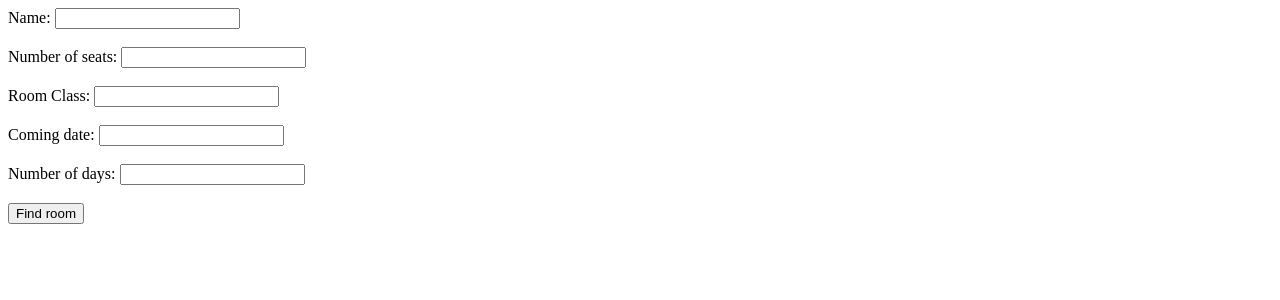
Repository: milosh-alexandr-by/ItAcademyJavaDeveloper
Page: http://localhost/HotelRequestSystem/Administrator.jsp
The author's editor kept a copy of each file at every save. The page is drawn from the files as they stood at one save, then again after the next save.
The browser window is 1280 px wide. The pictures show the whole page.
The page is served by Tomcat 9. Other server files are loaded and not shown.

Above is the page before, as saved 2015-12-10 18:54:29.

### Project_WEB/HotelRequestSystem/WebContent/Administrator.jsp
<%@ page language="java" contentType="text/html; charset=UTF-8"
    pageEncoding="UTF-8"%>
<!DOCTYPE html PUBLIC "-//W3C//DTD HTML 4.01 Transitional//EN" "http://www.w3.org/TR/html4/loose.dtd">
<html>
<head>
<meta http-equiv="Content-Type" content="text/html; charset=UTF-8">
<title>Insert title here</title>
</head>
<body>

	<form action="HotelRequestSystem" method="GET">
		Name: <input type="text" name="Name" /> <br/><br/>
		Number of seats: <input type="text" name="NumberOfSeats" /> <br/><br/>
		Room Class: <input type="text" name="RoomClass" /> <br/><br/>
		Coming date: <input type="text" name="ComingDate" /> <br/><br/>
		Number of days: <input type="text" name="NumberOfDays" /> <br/><br/>
		<input type="submit" name="findRoom" value="Find room">
	</form>

</body>
</html>

After the next save:
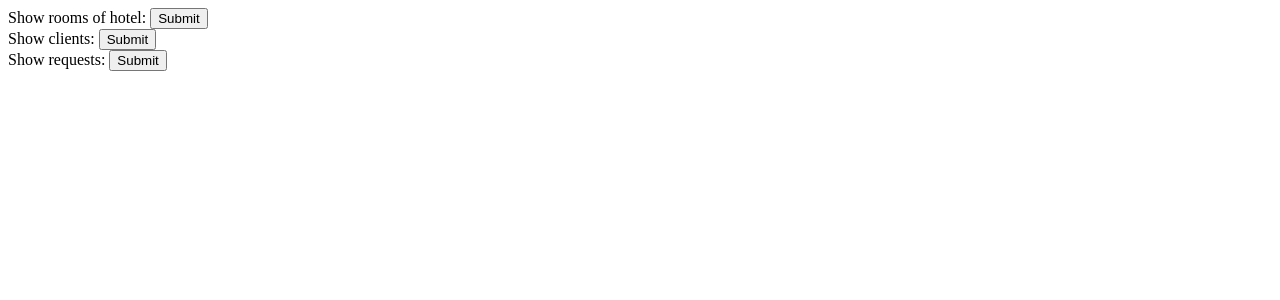
Saved 5 min 51 s later.
--- a/Project_WEB/HotelRequestSystem/WebContent/Administrator.jsp
+++ b/Project_WEB/HotelRequestSystem/WebContent/Administrator.jsp
@@ -8,13 +8,16 @@
 </head>
 <body>
 
-	<form action="HotelRequestSystem" method="GET">
-		Name: <input type="text" name="Name" /> <br/><br/>
-		Number of seats: <input type="text" name="NumberOfSeats" /> <br/><br/>
-		Room Class: <input type="text" name="RoomClass" /> <br/><br/>
-		Coming date: <input type="text" name="ComingDate" /> <br/><br/>
-		Number of days: <input type="text" name="NumberOfDays" /> <br/><br/>
-		<input type="submit" name="findRoom" value="Find room">
+	<form action="HotelRooms.jsp" method="GET">
+		Show rooms of hotel: <input type="submit" name="ShowRoomsOfHotel" value="Submit">
+	</form>
+
+	<form action="Client.jsp" method="GET">
+		Show clients: <input type="submit" name="ShowClients" value="Submit">
+	</form>
+
+	<form action="ClientRequest.jsp" method="GET">
+		Show requests: <input type="submit" name="ShowRequests" value="Submit">
 	</form>
 
 </body>
